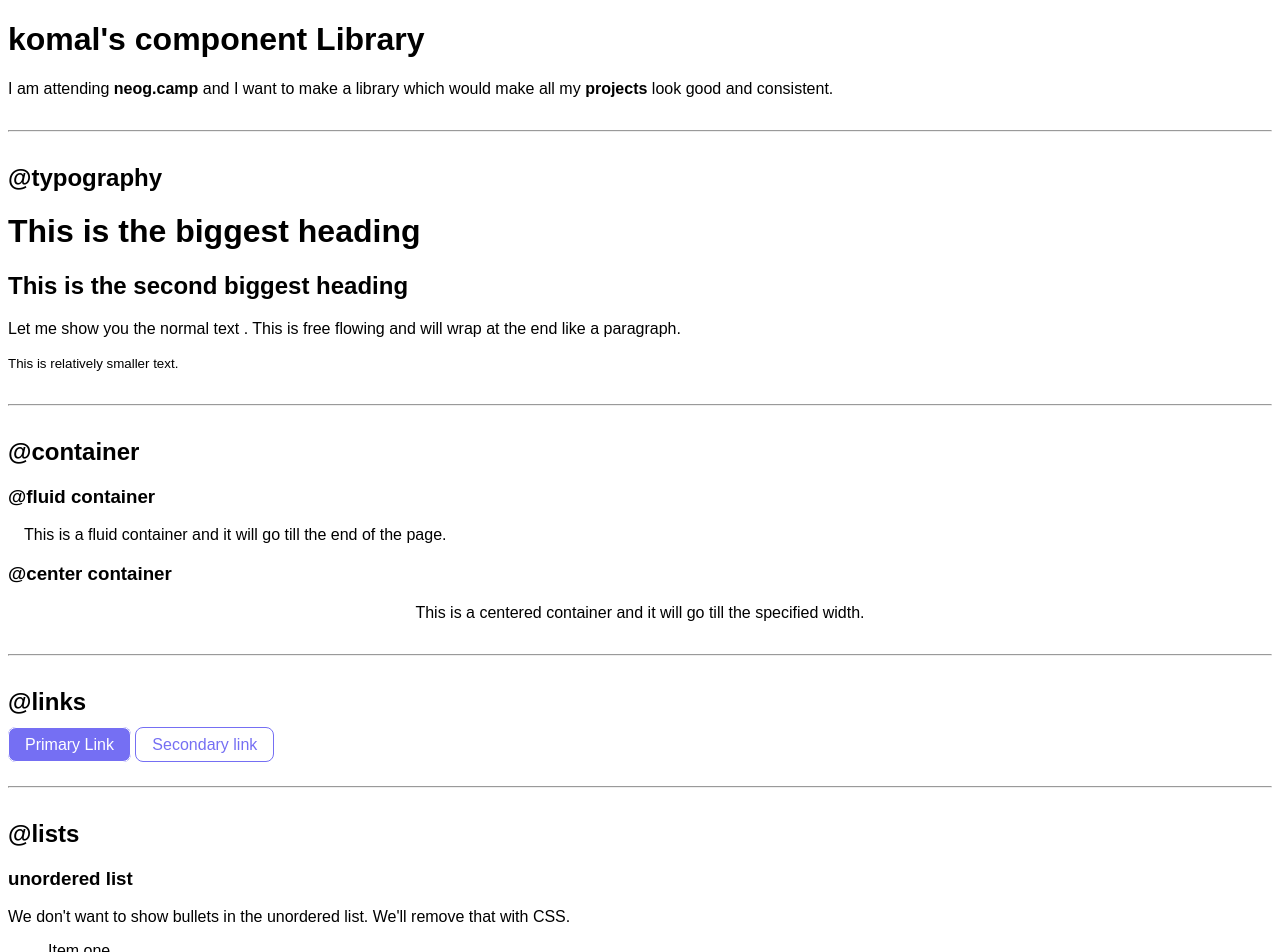
Repository: nihalani20/KomalNihalani-Portfolio
Page: index.html
An editor plug-in stored every save of this project. The page is shown before and after the next save, followed by the edit.
The browser window is 1280 px wide. The pictures show the part of the page from y = 0 to 952 px (the page is 2672 px tall before and 2714 px after).
A picture or video elsewhere on the page could not be fetched, so the positions and the page height are approximate.

Above is the page before, as saved 2023-10-29 15:17:36.

### index.html
<!DOCTYPE html>
<html lang="en">
<head>
    <meta charset="UTF-8">
    <meta name="viewport" content="width=device-width, initial-scale=1.0">
    <title>component library</title>
    <link href = "style.css" rel = "stylesheet"/>


</head>
<body>
    <h1 >komal's component Library</h1>
    <p>I am attending <strong>neog.camp </strong>and I want to make a library  which would make all my <strong>projects</strong> look good and consistent.</p>

    <hr>

    <h2>@typography</h2>

    <h1>This is the biggest heading</h1>
    <h2>This is the second biggest heading</h2>
    <p>Let me show you the normal text . This is free flowing and will wrap at the end like a paragraph.</p>
    <small>This is relatively smaller text.</small>


    <hr>

<h2>@container</h2>
<h3>@fluid container</h3>
<!-- below we used div class instead of para element -->
<div class = "container">This is a fluid container and it will go till the end of the page.</div>

<h3>@center container</h3>
<div class = "container container-center">This is a centered container and it will go till the specified width.</div>

<hr>

<h2>@links</h2>
<!-- connect link to css -->
<a  class = "link primary-link"href="/">Primary Link</a>
<a  class = "link secondary-link"href ="/">Secondary link</a>


<hr>
<h2>@lists</h2>
<h3>unordered list</h3>
<p>We don't want to show bullets in the unordered list. We'll remove that with CSS.</p>
<ul class="list-non-bullet">
<li> Item one</li>
<li> Item two</li>
<li>Item three</li>
</ul>





<h3>ordered list</h3>

<ol>
    <li>milk</li>
    <li>curd</li>
    <li>Banana</li>

</ol>


<h3> reversed ordered list</h3>
<p>Counting of will go reverse for this list</p>
<ol reversed>
    <li>Banana</li>
    <li>curd</li>
    <li>milk</li>
</ol>

<h3> unordered inline list</h3>
<p>Instead of going in a new row, we will create a list which will take columns.</p>
<ul class="list-non-bullet">

<li class="list-item-inline">Inline Item one</li>
<li class="list-item-inline">Inline Item two</li>
<li class="list-item-inline">Inline Item three</li>

</ul>

<hr>

<h2>@navigation bar</h2>
<nav class="navigation-container">

    <div class = "nav-brand">I am a developer</div>

    <ul class="list-non-bullet">
        <!-- also we have to active the link -->

<li class="list-item-inline"> home</li>
<a class="link-active"></a>

<li class="list-item-inline"> projects</li>
<a class = "link"></a>

<li class="list-item-inline">blogs</li>
<a class = "link"></a>


    </ul>
</nav>

<hr>
<!-- Header is also called Hero  -->
<header class = "hero">
    <img class="hero-img" src = "images/undraw_proud_coder_re_exuy.svg">
    <h1 class = "hero-heading"> Heading inside hero </h1>

</header>

<hr>
<h2>@section</h2>
<p>A section is used to separate parts of pages .In marketing websites you would have seen a header followed by sections of features , team , pricing ,contact info etc.</p>






<section class="section">
<div class=" container container-center"></div>
    <h3>White section</h3>
    <p>This will have white background</p>
</section>

<section class="section offwhite">
    <div class=" container container-center"></div>
    <h3> off white section</h3>
    <p>This will have  grey background</p>

</section>


<hr>


<h2>@footer</h2>
<footer>
<div>some small heading inside footer</div>
    <ul>
        <li>social one</li>
        <li>social two</li>
        <li>social three</li>
    </ul>
</footer>











<!-- </body><div style ="height : 30vh";></div> -->
<!-- From above line of code you see that there is padding from the bottom . -->


</body>
</html>

### style.css
:root
{
    /* --primary-color: #4f46e5; */
    --primary-color:#756ff3;
    --gray: #F3F4F6;
    --dark-gray: #6B7280;

}



/* typography */
body
{
    font-family: 'Cambay', sans-serif;




}
/* containers */

.container
/* this works on both container and if you put text align center it will work on both container */
{
   padding-left: 1rem;
   padding-right: 1rem;
}
.container-center{
    /* max-width: 600px; */
    /* margin: auto; */
    /* below we can also do this */
    text-align: center;
}

/* links */
.link
{
    text-decoration: none;
    padding: 0.5rem 1rem;
}


.primary-link
{
    /* color:white; */
    background-color:var(--primary-color);
    border-radius: 0.5rem;
    border: 1px solid ;
    color:white;
    padding: 0.5rem 1rem 0.5rem 1rem;

}
.secondary-link
{


    border-radius: 0.5rem;
    border: 1px solid ;
    color:var(--primary-color);

}
hr{
    margin: 2rem 0rem;
}

/* lists */
.list-non-bullet
{
    list-style: none;
}
.list-item-inline
{
    display: inline;
     padding:0rem 0.5rem;

}

/* navigation */
.navigation-container
{
    background-color:var(--primary-color);
    color:white;
    padding: 1rem;
    border-bottom-left-radius:1rem;

}

.nav-brand
{
     font-weight: bold;

}
.link-active
{
    font-weight: bold;
}




/* header */

.hero{
    padding:2rem;
}
.hero-img
{
    max-width: 350px;
    display:block;
    margin: auto;
}
.hero-heading
{
    color:var(--dark-gray);
    text-align: center;
}


.section{
    padding: 1rem;

}

.section offwhite{
    background-color:var(--gray)
    text-align: center;

}

After the next save:
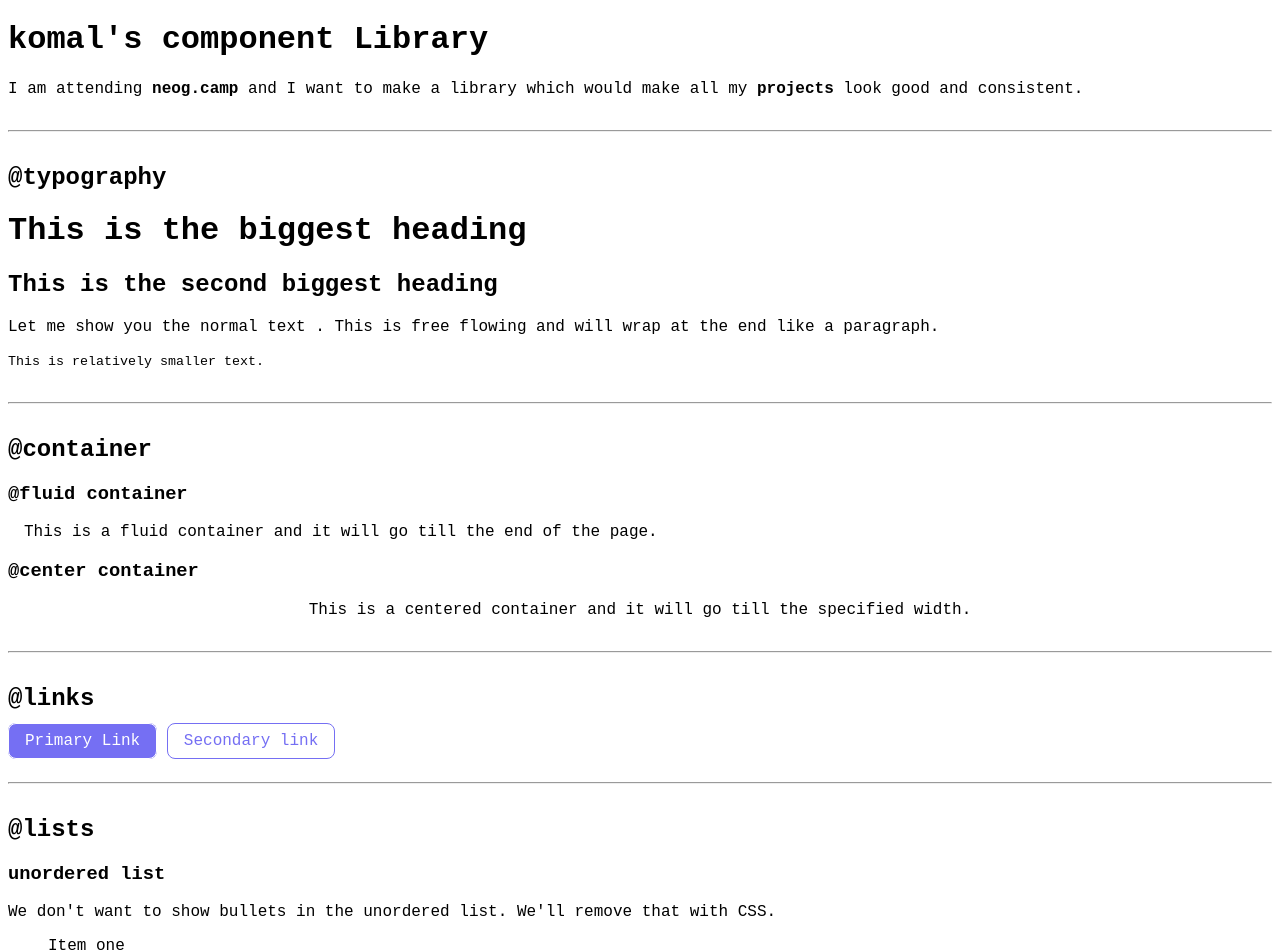
Saved 11 s later.
--- a/style.css
+++ b/style.css
@@ -13,6 +13,13 @@
 body
 {
     font-family: 'Cambay', sans-serif;
+    font-family: 'Cambay', sans-serif;
+    font-family: 'Montserrat', sans-serif;
+    font-family: 'Montserrat Alternates', sans-serif;
+    font-family: 'Open Sans', sans-serif;
+    font-family: 'Raleway', sans-serif;
+    font-family: 'Sometype Mono', monospace;
+    font-family: 'Source Code Pro', monospace;
 
 
 
